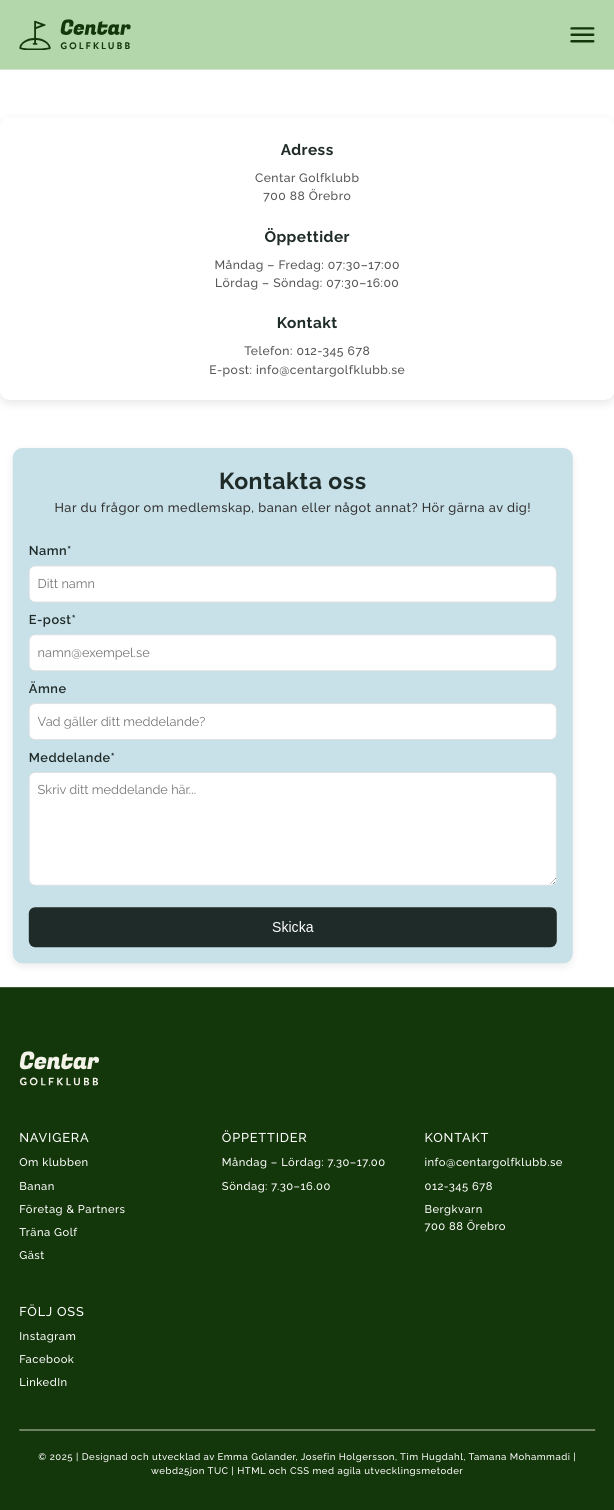
Repository: Tamana831/GolfklubbCentar
Page: kontakt.html
The author's editor kept a copy of each file at every save. The page is drawn from the files as they stood at one save, then again after the next save.
The browser window is 768 px wide. The pictures show the whole page, at 80% of full size.

Above is the page before, as saved 2025-10-21 21:26:53.

After the next save:
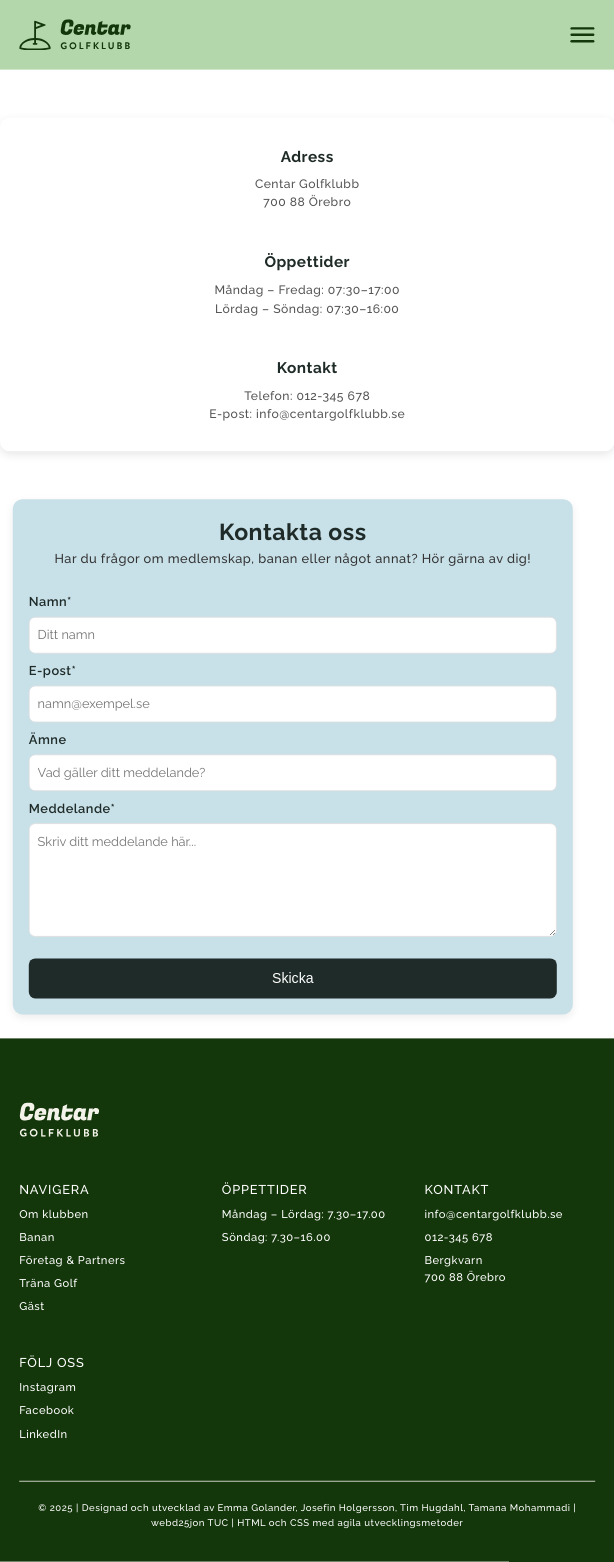
Saved 2 min 43 s later.
--- a/styles/kontakt.css
+++ b/styles/kontakt.css
@@ -1,22 +1,47 @@
-/* --- KONTAKT-SEKTION --- */
+/* --- BAKGRUNDSSEKTION (HELA KONTAKTDELEN) --- */
+.contact-section {
+  background: url('bilder/bg.jpg') no-repeat center center/cover;
+  padding: 60px 0;
+  position: relative;
+}
+
+/* Mörk overlay för bättre läsbarhet */
+.contact-section::before {
+  content: "";
+  position: absolute;
+  inset: 0;
+  background: rgba(0, 0, 0, 0.25);
+}
+
+.contact-container,
+.contact-wrapper {
+  position: relative;
+  z-index: 2;
+}
+
+/* --- KONTAKT-KORT WRAPPER --- */
 .contact-wrapper {
   display: flex;
   justify-content: space-between;
-  align-items: stretch; /* alla boxar lika höga */
+  align-items: stretch;
   gap: 24px;
   max-width: 944px;
   margin: 60px auto;
   border: 2px solid #fff;
   border-radius: 12px;
-  background: #fff; /* bakgrundsfärg för hela kontaktboxen */
+  background: #fff;
   box-shadow: 0 4px 12px rgba(0, 0, 0, 0.1);
   padding: 24px;
-  flex-wrap: nowrap; /* boxarna ligger bredvid varandra */
+  flex-wrap: nowrap;
+  overflow: hidden;
 }
 
 .contact-card {
   text-align: center;
-  background: #fff; /* färg för varje liten box */
+  background: #fff;
+  flex: 1;
+  padding: 12px;
+  transition: 0.2s ease;
 }
 
 .contact-card:hover {
@@ -35,7 +60,7 @@
   line-height: 1.5;
 }
 
-/*--- FORMULÄR ---*/
+/* --- FORMULÄR --- */
 .contact-container {
   max-width: 700px;
   margin: 60px auto;
@@ -96,17 +121,17 @@
   background: #3a4a46;
 }
 
-/* --- Responsiv design --- */
+/* --- RESPONSIVT --- */
 @media (max-width: 768px) {
   .contact-wrapper {
     flex-direction: column;
-    flex-wrap: wrap; /* lägg till detta */
+    flex-wrap: wrap;
+    padding: 20px;
   }
-}
 
   .contact-card {
     width: 100%;
-    min-height: auto; /* höjd anpassas på mobil */
+    min-height: auto;
   }
 
   .contact-container {
